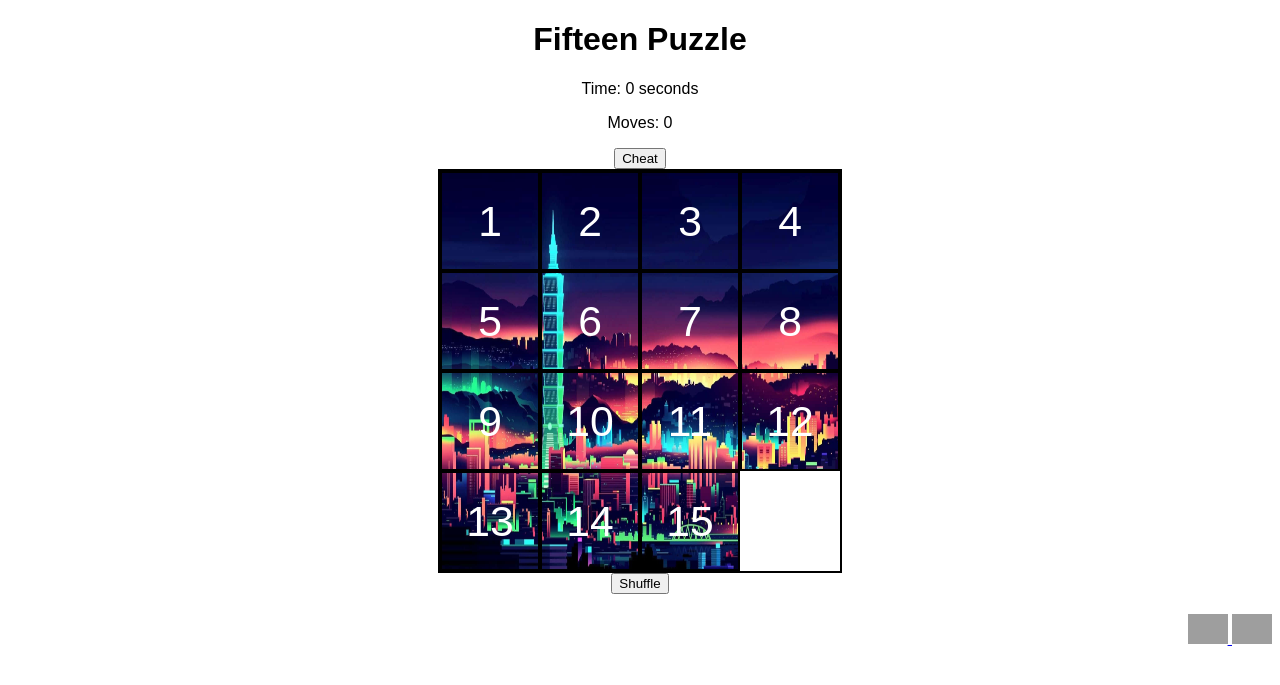
Repository: YummyFrog/WP_Project_2
Page: index.html
An editor plug-in stored every save of this project. The page is shown before and after the next save, followed by the edit.
The browser window is 1280 px wide. The pictures show the whole page.
Pictures or frames that could not be fetched are drawn as grey boxes.

Above is the page before, as saved 2025-08-02 19:44:43.

### index.html
<!DOCTYPE html>
<html lang="en">
<head>
  <meta charset="UTF-8">
  <title>Fifteen Puzzle</title>
  <link rel="stylesheet" href="styles.css">
  <script defer src="fifteen.js"></script>
</head>
<body>

  <h1>Fifteen Puzzle</h1>

  <!-- Stats Panel -->
  <div id="stats">
    <p>Time: <span id="time">0</span> seconds</p>
    <p>Moves: <span id="moves">0</span></p>
    <button id="cheatbutton">Cheat</button>
  </div>

  <!-- Puzzle Area -->
  <div id="puzzlearea"></div>

  <!-- Shuffle Button -->
  <button id="shufflebutton">Shuffle</button>

  <!-- Win Message -->
  <div id="win-message" style="margin-top: 20px; font-weight: bold;"></div>

  <!-- Validators -->
  <p class="validators">
    <a href="https://validator.w3.org/" target="_blank">
      <img src="https://www.w3.org/html/logo/downloads/HTML5_Logo_64.png" alt="HTML Validator" height="30">
    </a>
    <a href="https://jigsaw.w3.org/css-validator/" target="_blank">
      <img src="https://jigsaw.w3.org/css-validator/images/vcss" alt="CSS Validator" height="30">
    </a>
  </p>

</body>
</html>

### styles.css
body {
  font-family: sans-serif;
  text-align: center;
}

#puzzlearea {
  width: 400px;
  height: 400px;
  margin: 0 auto;
  position: relative;
  border: 2px solid black;
}

.puzzlepiece {
  width: 96px;
  height: 96px;
  border: 2px solid black;
  position: absolute;
  font-size: 32pt;
  color: white;
  text-align: center;
  line-height: 96px;
  background-image: url("background1.jpg");
  background-size: 400px 400px;
  cursor: pointer;
  transition: all 0.2s ease;
}

.movablepiece {
  border-color: red !important;
  color: #006600 !important;
  text-decoration: underline;
}

.validators {
  text-align: right;
  margin-top: 20px;
}

### fifteen.js
// 15-Puzzle Game Implementation
// Grid is 4x4 with positions 0-15, where 15 is the blank space

let gameState = [];
let blankPosition = 15;
let tiles = [];
let timerInterval = null;
let timeElapsed = 0;
let moveCount = 0;
let gameStarted = false;

// Debug function to check if elements exist
function debugElements() {
  const shuffleButton = document.getElementById('shufflebutton');
  const cheatButton = document.getElementById('cheatbutton');
  const puzzleArea = document.getElementById('puzzlearea');
  const timeElement = document.getElementById('time');
  const movesElement = document.getElementById('moves');
  const winMessage = document.getElementById('win-message');

  console.log('=== ELEMENT DEBUG INFO ===');
  console.log('Shuffle Button:', shuffleButton ? 'FOUND' : 'NOT FOUND');
  console.log('Cheat Button:', cheatButton ? 'FOUND' : 'NOT FOUND');
  console.log('Puzzle Area:', puzzleArea ? 'FOUND' : 'NOT FOUND');
  console.log('Time Element:', timeElement ? 'FOUND' : 'NOT FOUND');
  console.log('Moves Element:', movesElement ? 'FOUND' : 'NOT FOUND');
  console.log('Win Message:', winMessage ? 'FOUND' : 'NOT FOUND');
  console.log('========================');

  if (shuffleButton) {
    console.log('Shuffle Button Properties:', {
      tagName: shuffleButton.tagName,
      id: shuffleButton.id,
      className: shuffleButton.className,
      onclick: shuffleButton.onclick ? 'defined' : 'not defined'
    });
  }

  if (cheatButton) {
    console.log('Cheat Button Properties:', {
      tagName: cheatButton.tagName,
      id: cheatButton.id,
      className: cheatButton.className,
      onclick: cheatButton.onclick ? 'defined' : 'not defined'
    });
  }

  return {
    shuffleButton,
    cheatButton,
    puzzleArea,
    timeElement,
    movesElement,
    winMessage
  };
}

window.onload = function () {
  console.log('Window loaded, starting initialization...');

  // Debug elements first
  const elements = debugElements();

  if (!elements.puzzleArea) {
    console.error('CRITICAL: puzzlearea element not found!');
    return;
  }

  if (!elements.shuffleButton) {
    console.error('CRITICAL: shufflebutton element not found!');
    return;
  }

  if (!elements.cheatButton) {
    console.error('CRITICAL: cheatbutton element not found!');
    return;
  }

  initializePuzzle();
  setupEventListeners();
  console.log('Initialization complete');
};

function initializePuzzle() {
  console.log('Initializing puzzle...');
  const puzzleArea = document.getElementById("puzzlearea");

  if (!puzzleArea) {
    console.error('Cannot initialize puzzle: puzzlearea not found');
    return;
  }

  // Initialize game state
  for (let i = 0; i < 15; i++) {
    gameState[i] = i + 1;
  }
  gameState[15] = 0; // blank space
  blankPosition = 15;

  console.log('Initial game state:', gameState);

  // Create tile elements
  for (let i = 1; i <= 15; i++) {
    const tile = document.createElement("div");
    tile.className = "puzzlepiece";
    tile.textContent = i;
    tile.setAttribute("data-number", i);

    updateTilePosition(tile, i - 1);

    tile.addEventListener("click", () => handleTileClick(i));
    tile.addEventListener("mouseenter", () => handleTileHover(tile, i));
    tile.addEventListener("mouseleave", () => handleTileUnhover(tile));

    puzzleArea.appendChild(tile);
    tiles[i] = tile;
  }

  console.log('Puzzle tiles created:', tiles.length - 1, 'tiles');
}

function setupEventListeners() {
  console.log('Setting up event listeners...');

  const shuffleButton = document.getElementById("shufflebutton");
  const cheatButton = document.getElementById("cheatbutton");

  if (shuffleButton) {
    shuffleButton.addEventListener("click", function() {
      console.log("=== SHUFFLE BUTTON CLICKED ===");
      shufflePuzzle();
      resetStats();
      startTimer();
      gameStarted = true;
      console.log("Game started, timer should be running");
      console.log("=============================");
    });
    console.log('Shuffle button listener attached');
  } else {
    console.error('FAILED: Could not attach listener to shuffle button');
  }

  if (cheatButton) {
    cheatButton.addEventListener("click", function() {
      console.log("=== CHEAT BUTTON CLICKED ===");
      if (gameStarted) {
        cheatSolve();
      } else {
        alert("Please shuffle the puzzle first!");
        console.log("Cheat blocked: game not started");
      }
      console.log("===========================");
    });
    console.log('Cheat button listener attached');
  } else {
    console.error('FAILED: Could not attach listener to cheat button');
  }
}

function updateTilePosition(tile, position) {
  const row = Math.floor(position / 4);
  const col = position % 4;
  tile.style.left = (col * 100) + "px";
  tile.style.top = (row * 100) + "px";

  const tileNumber = parseInt(tile.getAttribute("data-number"));
  const tileRow = Math.floor((tileNumber - 1) / 4);
  const tileCol = (tileNumber - 1) % 4;
  tile.style.backgroundPosition = `-${tileCol * 100}px -${tileRow * 100}px`;
}

function getPosition(tileNumber) {
  return gameState.indexOf(tileNumber);
}

function isAdjacent(pos1, pos2) {
  const row1 = Math.floor(pos1 / 4);
  const col1 = pos1 % 4;
  const row2 = Math.floor(pos2 / 4);
  const col2 = pos2 % 4;

  return (row1 === row2 && Math.abs(col1 - col2) === 1) ||
         (col1 === col2 && Math.abs(row1 - row2) === 1);
}

function canMoveTile(tileNumber) {
  const tilePos = getPosition(tileNumber);
  return isAdjacent(tilePos, blankPosition);
}

function handleTileClick(tileNumber) {
  if (!gameStarted) {
    alert("Please shuffle the puzzle first!");
    return;
  }

  if (canMoveTile(tileNumber)) {
    console.log('Moving tile:', tileNumber);
    moveTile(tileNumber);
    moveCount++;
    updateStats();
    if (checkIfSolved()) {
      showWinMessage();
      stopTimer();
    }
  }
}

function moveTile(tileNumber) {
  const tilePos = getPosition(tileNumber);
  gameState[blankPosition] = tileNumber;
  gameState[tilePos] = 0;
  blankPosition = tilePos;
  updateTilePosition(tiles[tileNumber], gameState.indexOf(tileNumber));
}

function handleTileHover(tile, tileNumber) {
  if (gameStarted && canMoveTile(tileNumber)) {
    tile.classList.add("movablepiece");
  }
}

function handleTileUnhover(tile) {
  tile.classList.remove("movablepiece");
}

function shufflePuzzle() {
  console.log("Starting shuffle...");

  // Reset to solved state first
  for (let i = 0; i < 15; i++) {
    gameState[i] = i + 1;
  }
  gameState[15] = 0;
  blankPosition = 15;

  // Perform random valid moves to shuffle
  for (let i = 0; i < 1000; i++) {
    const movableTiles = [];
    for (let tile = 1; tile <= 15; tile++) {
      if (canMoveTile(tile)) {
        movableTiles.push(tile);
      }
    }
    if (movableTiles.length > 0) {
      const randomTile = movableTiles[Math.floor(Math.random() * movableTiles.length)];
      moveTile(randomTile);
    }
  }

  // Update visual positions of all tiles
  for (let tileNumber = 1; tileNumber <= 15; tileNumber++) {
    const position = getPosition(tileNumber);
    updateTilePosition(tiles[tileNumber], position);
    tiles[tileNumber].classList.remove("movablepiece");
  }

  console.log("Shuffle completed");
  console.log("New game state:", gameState);
}

function startTimer() {
  console.log("=== STARTING TIMER ===");

  // Check if time element exists
  const timeElement = document.getElementById('time');
  if (!timeElement) {
    console.error('CRITICAL: time element not found - timer will not work!');
    return;
  }

  stopTimer(); // Clear any existing timer
  timeElapsed = 0;
  updateStats();

  timerInterval = setInterval(function() {
    timeElapsed++;
    updateStats();
    console.log("Timer tick:", timeElapsed + " seconds");
  }, 1000);

  console.log("Timer started successfully, interval ID:", timerInterval);
  console.log("=====================");
}

function stopTimer() {
  if (timerInterval) {
    console.log("Stopping timer, interval ID:", timerInterval);
    clearInterval(timerInterval);
    timerInterval = null;
  }
}

function resetStats() {
  console.log("Resetting stats...");
  timeElapsed = 0;
  moveCount = 0;
  updateStats();

  const winMessage = document.getElementById("win-message");
  if (winMessage) {
    winMessage.textContent = "";
  }
  console.log("Stats reset complete");
}

function updateStats() {
  const timeElement = document.getElementById("time");
  const movesElement = document.getElementById("moves");

  if (timeElement) {
    timeElement.textContent = timeElapsed;
  } else {
    console.error('Cannot update time: time element not found');
  }

  if (movesElement) {
    movesElement.textContent = moveCount;
  } else {
    console.error('Cannot update moves: moves element not found');
  }
}

function showWinMessage() {
  const winMessage = document.getElementById("win-message");
  if (winMessage) {
    winMessage.textContent = "🎉 Puzzle Solved! Great job!";
  }
  saveGameStats(moveCount, timeElapsed);
}

function checkIfSolved() {
  for (let i = 0; i < 15; i++) {
    if (gameState[i] !== i + 1) return false;
  }
  return gameState[15] === 0;
}

function cheatSolve() {
  console.log("=== CHEAT SOLVE STARTED ===");

  if (checkIfSolved()) {
    alert("Puzzle is already solved!");
    return;
  }

  console.log("Current state before cheat:", [...gameState]);

  // Stop the timer immediately
  stopTimer();

  // Solve instantly with animation
  solveInstantly();
}

function solveInstantly() {
  console.log("Solving puzzle instantly...");

  // Set all tiles to their correct positions
  for (let i = 0; i < 15; i++) {
    gameState[i] = i + 1;
  }
  gameState[15] = 0;
  blankPosition = 15;

  console.log("New solved state:", [...gameState]);

  // Animate all tiles to correct positions
  for (let tileNumber = 1; tileNumber <= 15; tileNumber++) {
    const tile = tiles[tileNumber];
    if (tile) {
      tile.style.transition = "all 0.3s ease-in-out";
      updateTilePosition(tile, tileNumber - 1);
      tile.classList.remove("movablepiece");
    }
  }

  // Remove transitions after animation and show win message
  setTimeout(() => {
    for (let tileNumber = 1; tileNumber <= 15; tileNumber++) {
      if (tiles[tileNumber]) {
        tiles[tileNumber].style.transition = "";
      }
    }
    showWinMessage();
    console.log("Cheat solve completed");
  }, 300);
}

function saveGameStats(moves, timeElapsed) {
  fetch("save_game.php", {
    method: "POST",
    headers: {
      "Content-Type": "application/x-www-form-urlencoded"
    },
    body: `moves=${moves}&time=${timeElapsed}`
  }).then(res => {
    if (res.ok) {
      console.log("✅ Game stats saved to server.");
    } else {
      console.error("❌ Failed to save game stats.");
    }
  }).catch(err => {
    console.error("❌ Error saving game stats:", err);
  });
}

After the next save:
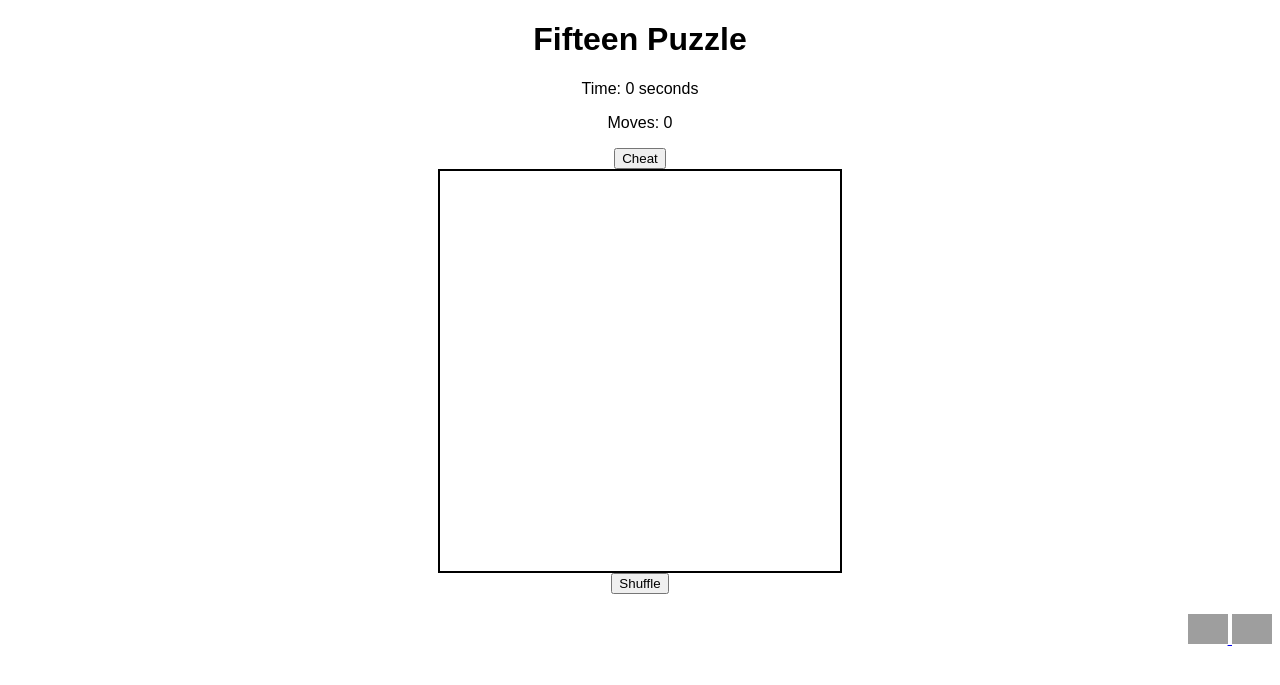
Console error: ReferenceError: applySelectedTheme is not defined
Saved 16 s later.
--- a/fifteen.js
+++ b/fifteen.js
@@ -75,6 +75,9 @@
     console.error('CRITICAL: cheatbutton element not found!');
     return;
   }
+
+  // Apply selected theme
+  applySelectedTheme();
 
   initializePuzzle();
   setupEventListeners();

After the save that followed:
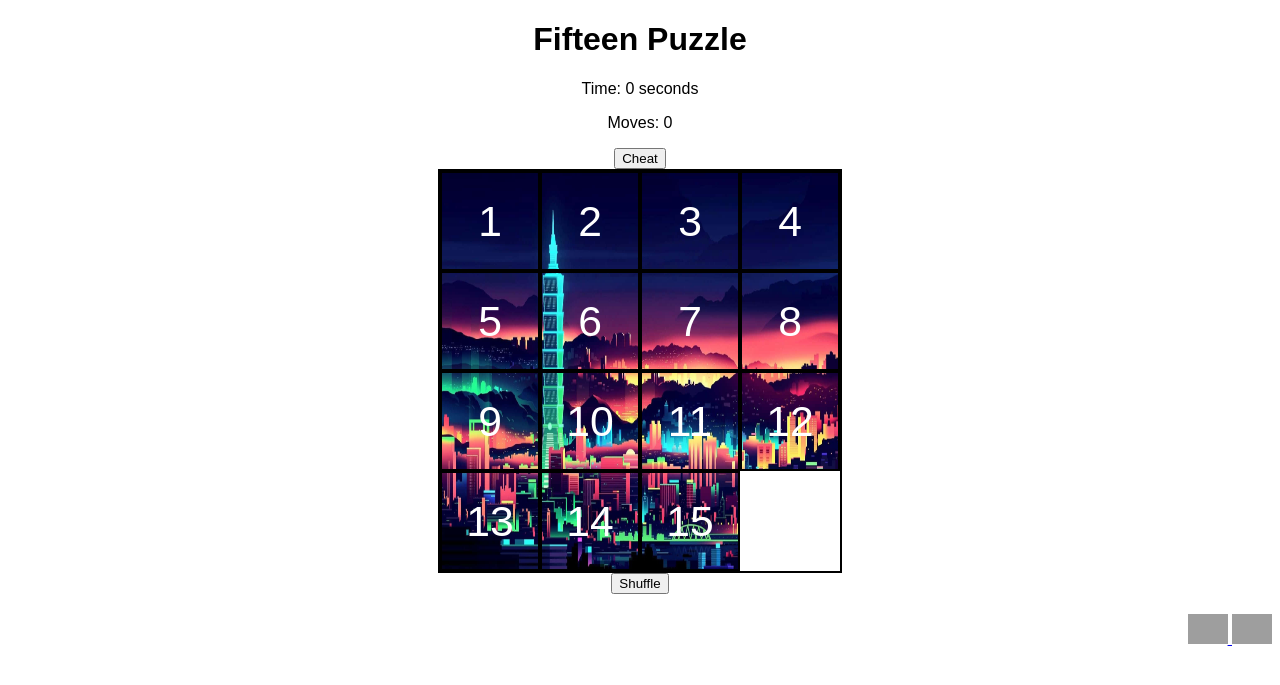
The error is gone.
Saved 11 s later.
--- a/fifteen.js
+++ b/fifteen.js
@@ -8,6 +8,40 @@
 let timeElapsed = 0;
 let moveCount = 0;
 let gameStarted = false;
+let currentTheme = 'background1'; // default theme
+
+// Theme mapping
+const themeImages = {
+  'animals': 'animals.jpg',
+  'nature': 'nature.jpg',
+  'space': 'space.jpg',
+  'ocean': 'background1.jpg', // fallback to default
+  'desert': 'background1.jpg', // fallback to default
+  'cityscape': 'background1.jpg', // fallback to default
+  'marvel': 'background1.jpg', // fallback to default
+  'retro': 'background1.jpg' // fallback to default
+};
+
+// Function to apply selected theme
+function applySelectedTheme() {
+  const selectedTheme = localStorage.getItem('selectedTheme');
+  if (selectedTheme && themeImages[selectedTheme]) {
+    currentTheme = themeImages[selectedTheme];
+    console.log('Applied theme:', selectedTheme, '- Image:', currentTheme);
+
+    // Update CSS for all puzzle pieces
+    const style = document.createElement('style');
+    style.textContent = `
+      .puzzlepiece {
+        background-image: url("${currentTheme}") !important;
+      }
+    `;
+    document.head.appendChild(style);
+  } else {
+    currentTheme = 'background1.jpg';
+    console.log('Using default theme:', currentTheme);
+  }
+}
 
 // Debug function to check if elements exist
 function debugElements() {
